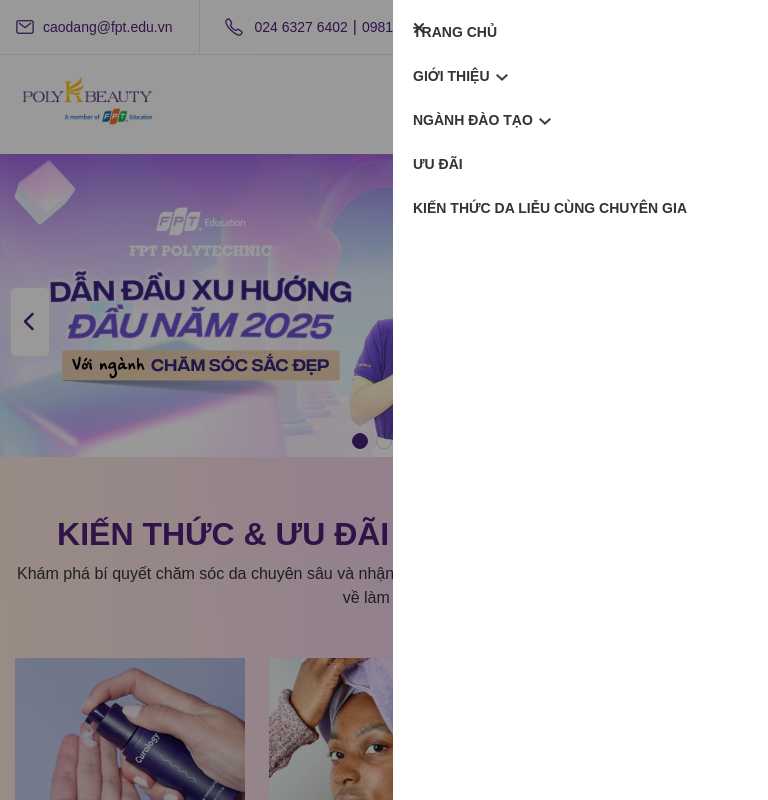
Repository: dinhtri123/k_beauty
Page: index.html
An editor plug-in stored every save of this project. The page is shown before and after the next save, followed by the edit.
The browser window is 768 px wide. The pictures show the window.
A layer covers the whole window, so only the first screen is drawn. Some web fonts or font styles are not loaded; a fallback is used.

Above is the page before, as saved 2024-12-24 19:52:43.

After the next save:
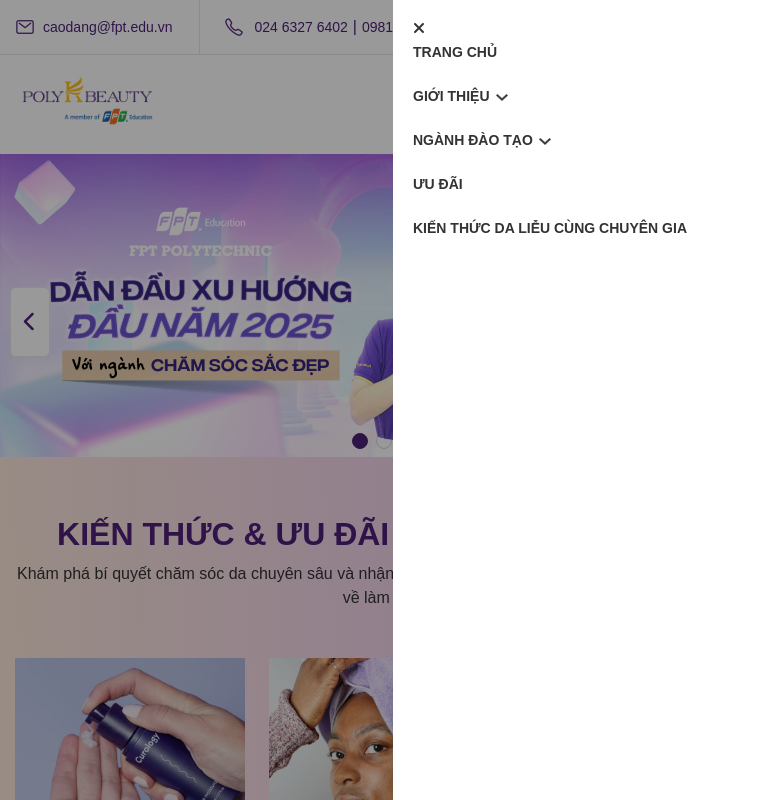
Saved 5 s later.
--- a/css/style.css
+++ b/css/style.css
@@ -510,7 +510,7 @@
     width: 100%;
     height: 100%;
     background-color: var(--cl-white);
-    padding: 20px;
+    padding: 40px 20px;
     flex-direction: column;
     justify-content: flex-start;
     align-items: flex-start;
